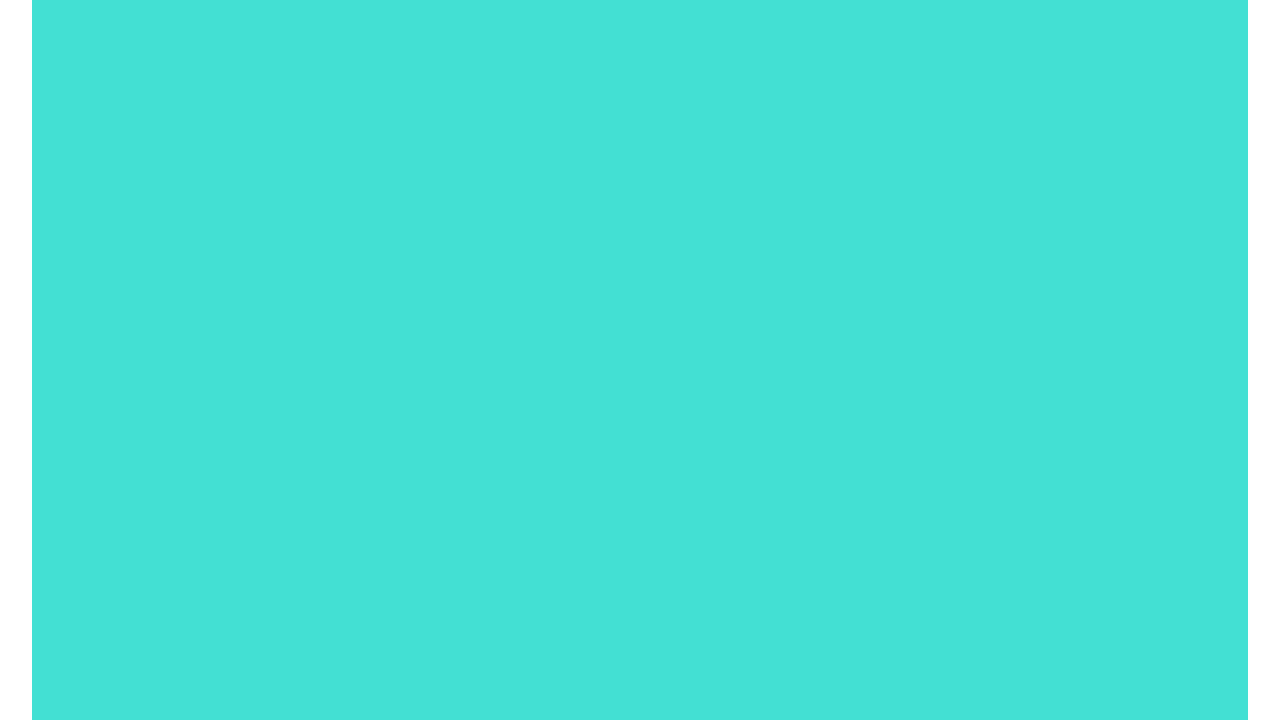
Repository: collegedude9300/zenstationnext
Page: /Contact
An editor plug-in stored every save of this project. The page is shown before and after the next save, followed by the edit.
The browser window is 1280 px wide. The pictures show the whole page.
The project was rebuilt for these pictures with package versions that can differ from the ones it lists, and the page was loaded fresh each time. The framework's server and built-in components were replaced by stand-ins that run in the browser. Also part of the build but not shown: next.config.js.

Above is the page before, as saved 2022-10-11 14:27:47.

### pages/Contact.js

import Head from 'next/head'
import Image from 'next/image'
import styles from '../styles/Home.module.css'
import 'bootstrap/dist/css/bootstrap.css'
import Link from 'next/link'
export default function Contact() {
return (
    <div className={styles.container}>
      <Head>
        <title>Contact</title>
        <meta name="description" content="Generated by create next app" />
        <link rel="icon" href="/favicon.ico" />
      </Head>
      <main className={styles.pages}>








      </main>
    </div>
  )
}

### styles/Home.module.css
.container {
  padding: 0 2rem;
}
.pages{
  background-color: #43e0d3;
  min-height: 100vh;
}
.main {
  min-height: 100vh;
  padding: 4rem 0;
  flex: 1;
  display: flex;
  flex-direction: column;
  justify-content: center;
  align-items: center;
}

.footer {
  display: flex;
  flex: 1;
  padding: 2rem 0;
  border-top: 1px solid #eaeaea;
  justify-content: center;
  align-items: center;
}

.footer a {
  display: flex;
  justify-content: center;
  align-items: center;
  flex-grow: 1;
}

.title a {
  color: #0070f3;
  text-decoration: none;
}

.title a:hover,
.title a:focus,
.title a:active {
  text-decoration: underline;
}

.title {
  margin: 0;
  line-height: 1.15;
  font-size: 4rem;
}

.title,
.description {
  text-align: center;
}

.description {
  margin: 4rem 0;
  line-height: 1.5;
  font-size: 1.5rem;
}

.code {
  background: #fafafa;
  border-radius: 5px;
  padding: 0.75rem;
  font-size: 1.1rem;
  font-family: Menlo, Monaco, Lucida Console, Liberation Mono, DejaVu Sans Mono,
    Bitstream Vera Sans Mono, Courier New, monospace;
}

.grid {
  display: flex;
  align-items: center;
  justify-content: center;
  flex-wrap: wrap;
  max-width: 800px;
}

.card {
  margin: 1rem;
  padding: 1.5rem;
  text-align: left;
  color: inherit;
  text-decoration: none;
  border: 1px solid #eaeaea;
  border-radius: 10px;
  transition: color 0.15s ease, border-color 0.15s ease;
  max-width: 300px;
}

.card:hover,
.card:focus,
.card:active {
  color: #0070f3;
  border-color: #0070f3;
}

.card h2 {
  margin: 0 0 1rem 0;
  font-size: 1.5rem;
}

.card p {
  margin: 0;
  font-size: 1.25rem;
  line-height: 1.5;
}

.logo {
  height: 1em;
  margin-left: 0.5rem;
}

@media (max-width: 600px) {
  .grid {
    width: 100%;
    flex-direction: column;
  }
}

@media (prefers-color-scheme: dark) {
  .card,
  .footer {
    border-color: #222;
  }
  .code {
    background: #111;
  }
  .logo img {
    filter: invert(1);
  }
}

Loaded but not shown: pages/_app.js (common file); styles/globals.css (common file)

After the next save:
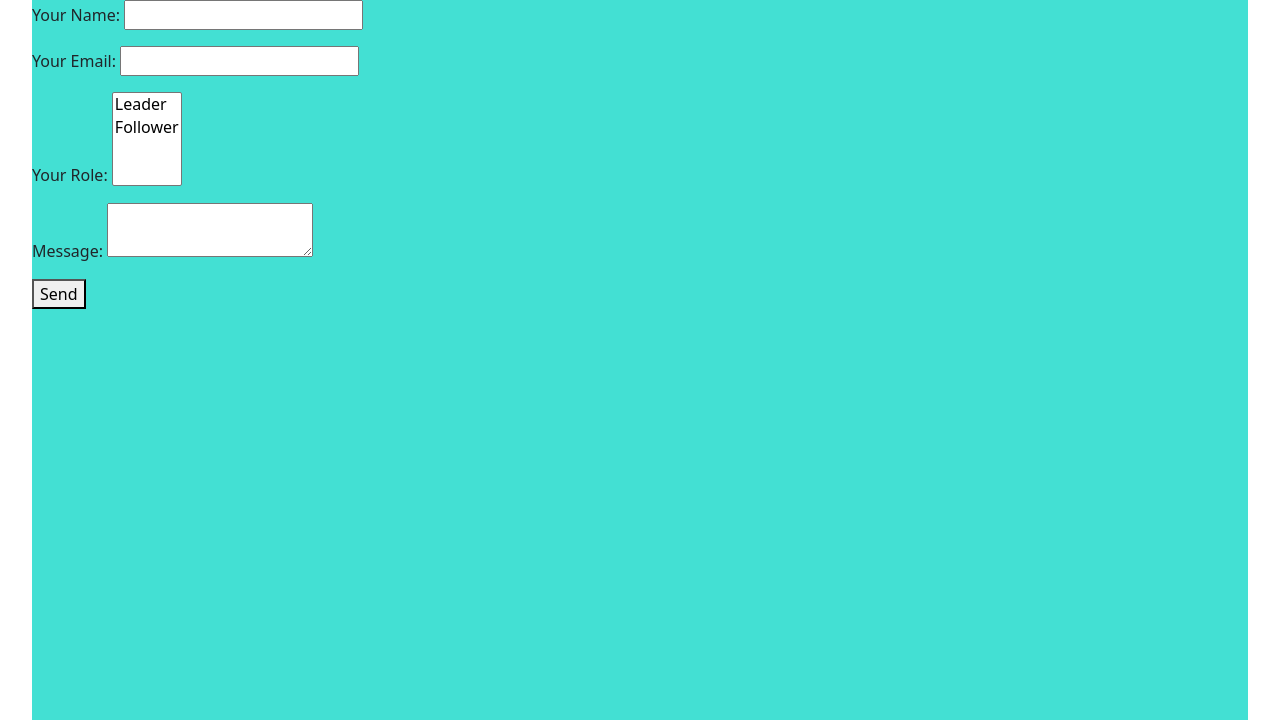
Saved 59 s later.
--- a/pages/Contact.js
+++ b/pages/Contact.js
@@ -13,14 +13,26 @@ return (
         <link rel="icon" href="/favicon.ico" />
       </Head>
       <main className={styles.pages}>
-
-
-
-
-
-
-
-
+    <form name="contact" method="POST" data-netlify="true">
+      <p>
+        <label>Your Name: <input type="text" name="name" /></label>
+      </p>
+      <p>
+        <label>Your Email: <input type="email" name="email" /></label>
+      </p>
+      <p>
+        <label>Your Role: <select name="role[]" multiple>
+          <option value="leader">Leader</option>
+          <option value="follower">Follower</option>
+        </select></label>
+      </p>
+      <p>
+        <label>Message: <textarea name="message"></textarea></label>
+      </p>
+      <p>
+        <button type="submit">Send</button>
+      </p>
+    </form>
       </main>
     </div>
   )
